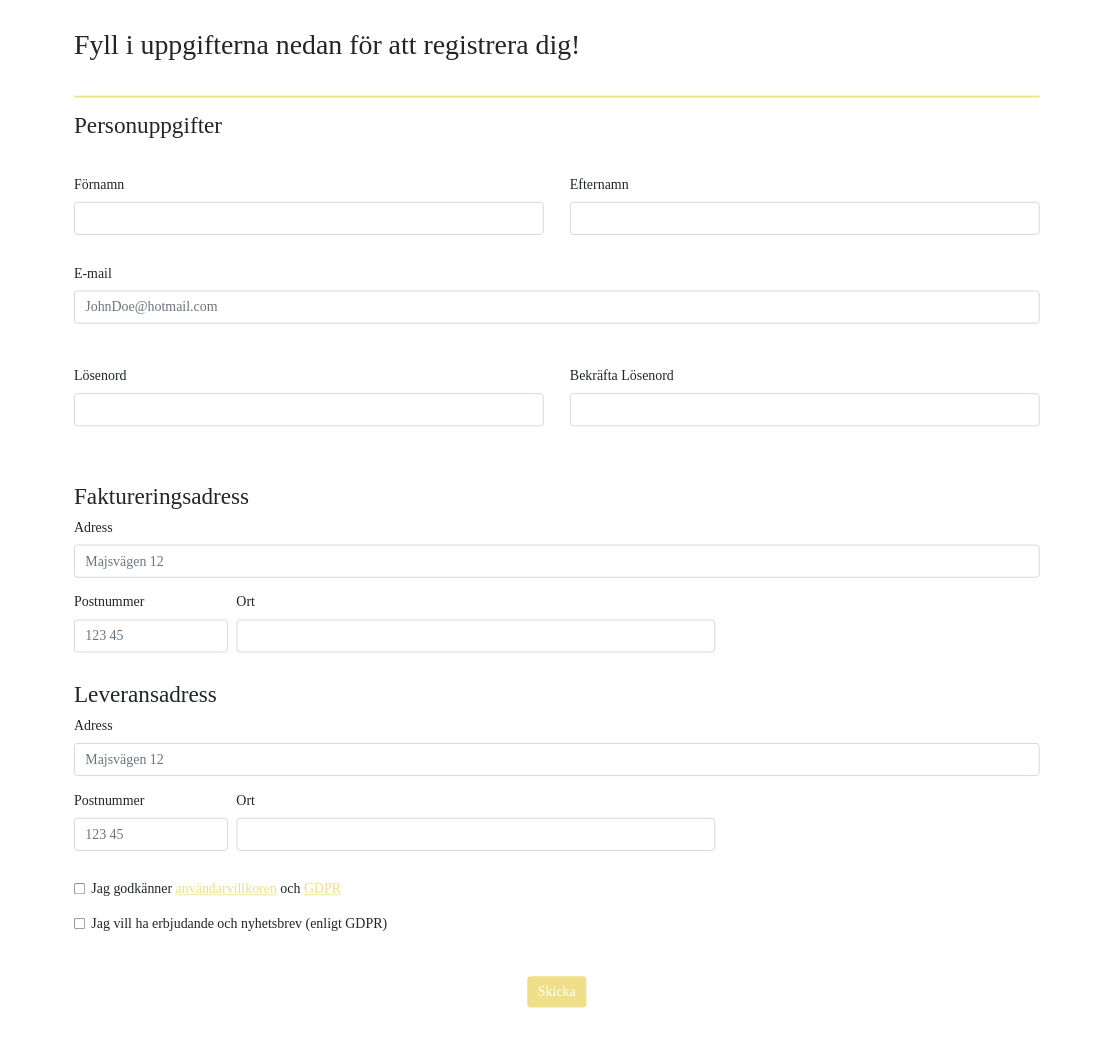
Repository: skepp4rn/Liamsuppgift3
Page: index.html
An editor plug-in stored every save of this project. The page is shown before and after the next save, followed by the edit.
The browser window is 1280 px wide. The pictures show the whole page, at 87% of full size.
Some web libraries are served in a nearby version.

Above is the page before, as saved 2020-12-06 13:30:42.
Console error (its wording comes from the project's code and is left out).

### index.html
<!DOCTYPE html>
<html lang="sv">
<head>
    <meta charset="UTF-8">
    <meta name="viewport" content="width=device-width, initial-scale=1.0">
    <script src="https://kit.fontawesome.com/ef4c0722a8.js" crossorigin="anonymous"></script>
    <link rel="stylesheet" href="https://cdn.jsdelivr.net/npm/bootstrap@4.5.3/dist/css/bootstrap.min.css" integrity="sha384-TX8t27EcRE3e/ihU7zmQxVncDAy5uIKz4rEkgIXeMed4M0jlfIDPvg6uqKI2xXr2" crossorigin="anonymous">
    <link rel="stylesheet" href="css/style.css">
     <title>Registreringsfromulär</title>
</head>
<body>


    <section class="container">
        <div class="formReg1">
            <h2>Fyll i uppgifterna nedan för att registrera dig!</h2>
        </div>
    </section>


    <form class="container" oninput='up2.setCustomValidity(up2.value != up.value ? "Passwords do not match." : "")'>
        <div class="line1"></div>
        <div>
            <h3>Personuppgifter</h3>
        </div>


        <div class="row">
            <div class="col">
                <label for="firstname">Förnamn</label>
                <input id="firstname" type="text" class="form-control" required>
            </div>

            <div class="col">
                <label for="lastname">Efternamn</label>
                <input id="lastname" type="text" class="form-control" required>
            </div>
        </div>


        <div class="form-group">
            <label for="exampleInputEmail1">E-mail</label>
            <input type="email" class="form-control" id="exampleInputEmail1" aria-describedby="emailHelp" placeholder="JohnDoe@hotmail.com" required>
        </div>


        <div class="row">
            <div class="col">
                <div class="form-group">
                    <label for="exampleInputPassword1">Lösenord</label>
                    <input type="password" class="form-control" name="up" id="exampleInputPassword1" required>
                </div>
            </div>
            <div class="col">
                <div class="form-group space">
                    <label for="exampleInputPassword2">Bekräfta Lösenord</label>
                    <input type="password" class="form-control" name="up2" id="exampleInputPassword2" required>
                </div>
            </div>
        </div>


        <div class="adress1"></div>
        <div>
            <h3>Faktureringsadress</h3>
        </div>


        <div class="form-group">
            <label for="inputAddress">Adress</label>
            <input type="text" class="form-control" id="inputAddress" placeholder="Majsvägen 12" required>
        </div>


        <div class="form-row">
            <div class="form-group col-md-2">
                <label for="inputZip">Postnummer</label>
                <input type="text" class="form-control" id="inputZip" placeholder="123 45" required>
            </div>
            <div class="form-group col-md-6 bottom">
                <label for="inputCity">Ort</label>
                <input type="text" class="form-control" id="inputCity" required>
            </div>
        </div>


        <div class="adress1"></div>
        <div>
            <h3>Leveransadress</h3>
        </div>


        <div class="form-group">
            <label for="inputAddress">Adress</label>
            <input type="text" class="form-control" id="inputAddress" placeholder="Majsvägen 12" required>
        </div>


        <div class="form-row">
            <div class="form-group col-md-2">
                <label for="inputZip">Postnummer</label>
                <input type="text" class="form-control" id="inputZip" placeholder="123 45" required>
            </div>
            <div class="form-group col-md-6 bottom">
                <label for="inputCity">Ort</label>
                <input type="text" class="form-control" id="inputCity" required>
            </div>
        </div>


        <div class="form-group form-check">
            <input type="checkbox" class="form-check-input" id="exampleCheck1" required>
            <label class="form-check-label" for="exampleCheck1">Jag godkänner <a class="linktext" href="anvandrarvillkor.html">användarvillkoren</a> och <a class="linktext" href="GDPR.html">GDPR</a></label>
        </div>


        <div class="form-group form-check">
            <input type="checkbox" class="form-check-input" id="exampleCheck2">
            <label class="form-check-label" for="exampleCheck1">Jag vill ha erbjudande och nyhetsbrev (enligt GDPR)</label>
        </div>


        <div class="button-center">
            <button formaction="thankyou.html" type="submit" class="colorbutton btn btn-primary">Skicka</button>
        </div>


        <div class="whitespace"></div>
    </form>

    <script src="https://cdn.jsdelivr.net/npm/bootstrap@4.5.3/dist/js/bootstrap.bundle.min.js" integrity="sha384-ho+j7jyWK8fNQe+A12Hb8AhRq26LrZ/JpcUGGOn+Y7RsweNrtN/tE3MoK7ZeZDyx" crossorigin="anonymous"></script>
</body>
</html>

### css/style.css
*{box-sizing:border-box}

html,body{margin:0;padding:0;font-family:'Times New Roman', Times, serif}
h3{font-size:20pt}.container{width:95vw;margin:auto}
.row{padding-top:2rem;display:grid;grid-template-columns:2fr;grid-template-rows:2fr 2fr}
.col{padding-bottom:2rem}
.whitespace{height:3rem}
@media (min-width: 768px){.row{display:grid;grid-template-rows:2fr;grid-template-columns:2fr 2fr}
.closepage{width:12vw;height:7vw !important;font-size:25pt}
.formReg1{grid-template-rows:15fr 1fr !important;padding-top:2rem;padding-bottom:2rem}
.thanks{width:70vw;margin:auto;height:40vw}
.thankyou{text-align:center;padding:2rem}}
@media (min-width: 1900px){.container{width:100vw !important}
.thanks{width:50vw;margin:auto;height:20vw}.tillbaka{width:12vw !important;height:2.5vw !important;font-size:20pt}
.formReg1{grid-template-rows:15fr 1fr !important;padding-top:2rem;padding-bottom:2rem}}
#firstname{color:#b6b6b6}
#lastname{color:#b6b6b6}
#exampleInputEmail1{color:#b6b6b6}
#exampleInputPassword1{color:#b6b6b6}
#exampleInputPassword2{color:#b6b6b6}
.button-center{padding-top:2rem;display:flex;justify-content:center}
.colorbutton{background-color:#eedf88;border:none}
.line1{height:2px;background-color:#eedf88;margin-bottom:1rem}
.bottom{margin-bottom:2rem}
.linktext{color:#eedf88;text-decoration:underline}
.thanks{border:2px solid #eedf88;border-radius:10px;display:grid;grid-template-columns:1fr;grid-template-rows:3fr 1fr;justify-items:center;margin-top:8rem}
.thankyou{text-align:center;padding:2rem}
.closepage{background-color:#eedf88;border-radius:8px;text-align:center;width:40vw;height:7vw}
.closepage p{color:#ffffff;text-decoration:none}
.home{text-align:center}
.centrerade{display:grid;grid-template-columns:1fr;grid-template-rows:27fr 1fr;justify-items:center;margin:auto}
.gdpr{text-align:center}.welcome{padding-top:2rem;text-align:center}
.formReg1 h2{color:#242424}
.space{padding-bottom:1rem}

After the next save:
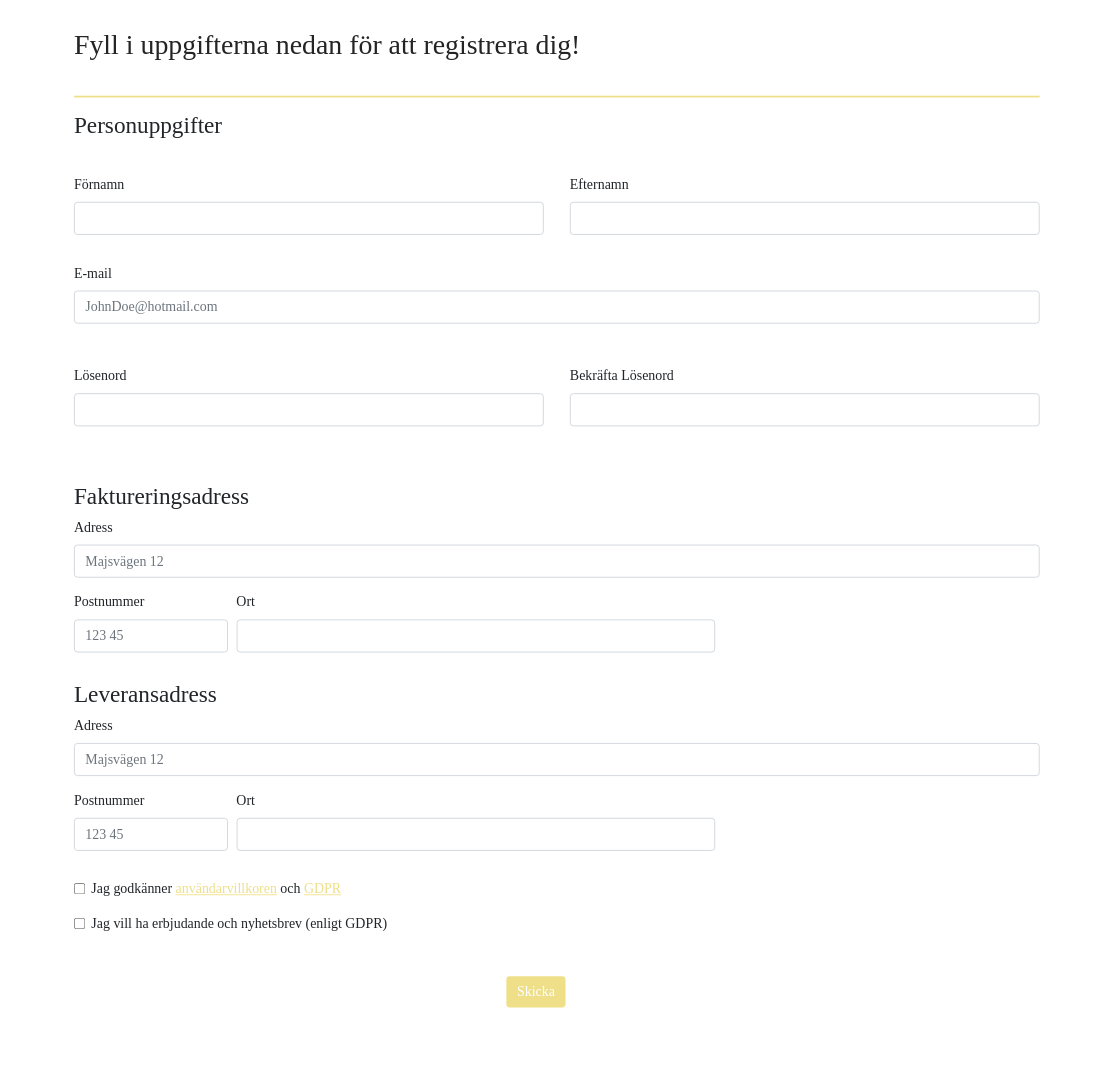
Saved 21 s later.
--- a/css/style.css
+++ b/css/style.css
@@ -18,7 +18,7 @@ h3{font-size:20pt}.container{width:95vw;margin:auto}
 #exampleInputEmail1{color:#b6b6b6}
 #exampleInputPassword1{color:#b6b6b6}
 #exampleInputPassword2{color:#b6b6b6}
-.button-center{padding-top:2rem;display:flex;justify-content:center}
+.button-center{padding: 2rem 3rem 3rem 0;display:flex;justify-content:center}
 .colorbutton{background-color:#eedf88;border:none}
 .line1{height:2px;background-color:#eedf88;margin-bottom:1rem}
 .bottom{margin-bottom:2rem}
